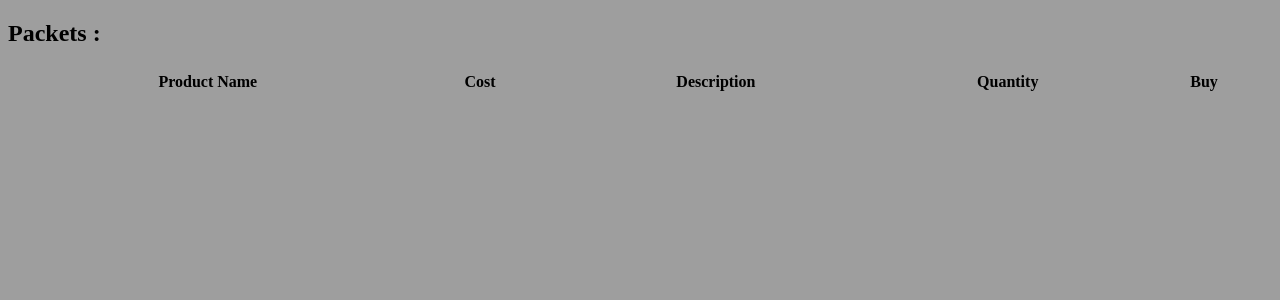
Repository: pratikmathur279/E-Postal-Services-1
Page: http://localhost/Project/packets_catalog.jsp
An editor plug-in stored every save of this project. The page is shown before and after the next save, followed by the edit.
The browser window is 1280 px wide. The pictures show the whole page.
The page is served by Tomcat 9. Other server files are loaded and not shown. Queries for data that is not in the repository find no rows.

Above is the page before, as saved 2014-07-31 03:40:28.

### Project/WebContent/packets_catalog.jsp
<%@page import="java.sql.SQLException"%>
<%@ page language="java" contentType="text/html; charset=ISO-8859-1"
    pageEncoding="ISO-8859-1"%>
<!DOCTYPE html PUBLIC "-//W3C//DTD HTML 4.01 Transitional//EN" "http://www.w3.org/TR/html4/loose.dtd">
<html>
<head>
<meta http-equiv="Content-Type" content="text/html; charset=ISO-8859-1">
<title>E-Postal Services</title>
<%@ page import="java.io.*" %>
<%@ page import="java.sql.*" %>
</head>
<body background="E:\Project\background_home.jpg">
	<form action="packets_catalog1.jsp">
		<h2>Packets : </h2>
		<table cellpadding="4" width="100%">
			<tr align="center" >
				<th>Product Name</th>
				<th>Cost</th>
				<th>Description</th>
				<th>Quantity</th>
				<th>Buy</th>
			</tr>
<%
try
{
	Class.forName("com.ibm.db2.jcc.DB2Driver");
	Connection con=DriverManager.getConnection("jdbc:db2://localhost:50000/POSTALSE","PRATI_000","FCBarcelona10");

	String string="select * from packetsproductdetails";
	PreparedStatement ps=con.prepareStatement(string);
	ResultSet rs=ps.executeQuery();
	while(rs.next())
	{
	 	/* String pname=rs.getString("productname");
		String cost=rs.getString("cost");
		String desc=rs.getString("description");
	 	 */
	%>

	<tr>

		<td align="center"><%=rs.getString("PRODUCTNAME") %></td>
		<td align="center">Rs. <%=rs.getString("Cost") %></td>
		<td></td>
		<td align="center">Enter Quantity : <input type="text" value="" name="quantity"></td>
		<td align="center"><input type="button" value="Add to Cart">
	</tr>
	</table>
		<%
	}
}
catch(SQLException e)
{
	e.printStackTrace();
}
catch(ClassNotFoundException e)
{
	e.printStackTrace();
}
%>

</form>
</body>
</html>

After the next save:
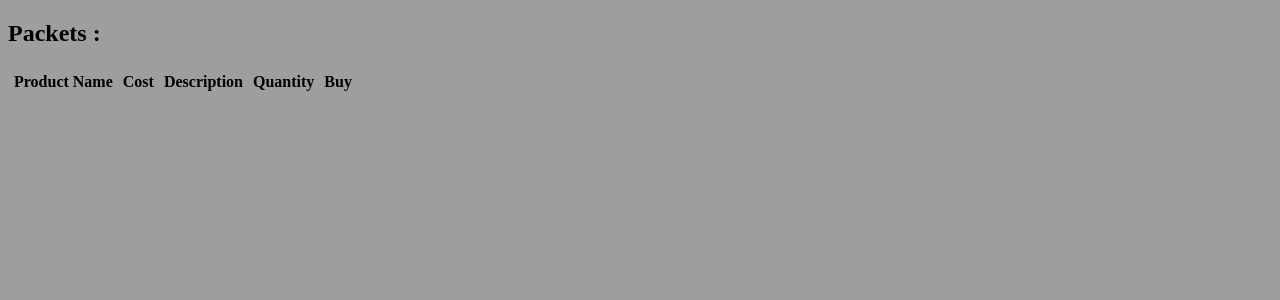
Saved 13 s later.
--- a/Project/WebContent/packets_catalog.jsp
+++ b/Project/WebContent/packets_catalog.jsp
@@ -12,7 +12,7 @@
 <body background="E:\Project\background_home.jpg">
 	<form action="packets_catalog1.jsp">
 		<h2>Packets : </h2>
-		<table cellpadding="4" width="100%">
+		<table cellpadding="4">
 			<tr align="center" >
 				<th>Product Name</th>
 				<th>Cost</th>

After the save that followed:
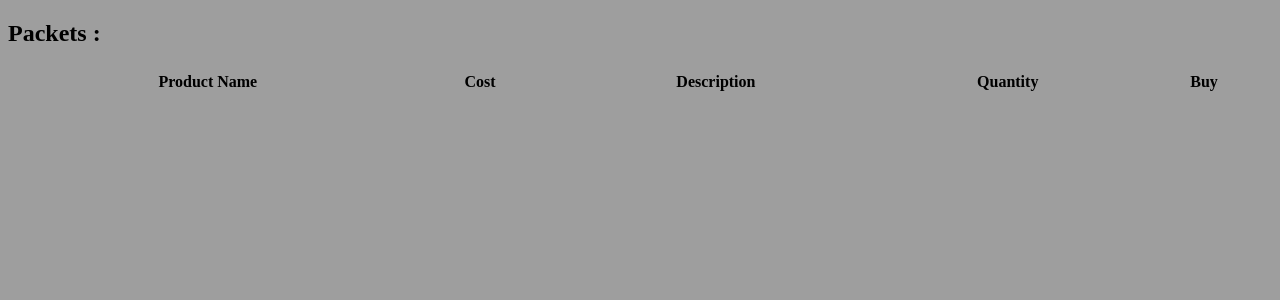
Saved 12 s later.
--- a/Project/WebContent/packets_catalog.jsp
+++ b/Project/WebContent/packets_catalog.jsp
@@ -12,7 +12,7 @@
 <body background="E:\Project\background_home.jpg">
 	<form action="packets_catalog1.jsp">
 		<h2>Packets : </h2>
-		<table cellpadding="4">
+		<table cellpadding="4" width="100%">
 			<tr align="center" >
 				<th>Product Name</th>
 				<th>Cost</th>
